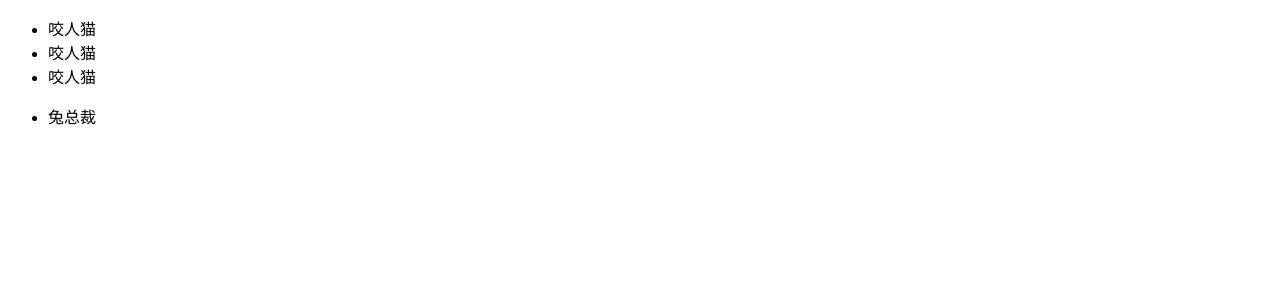
Repository: ls02/VSCode
Page: Java/2022/7-8-1/Test1.html
These files come from the project's save history. The page is drawn as it stood at one moment and after the next save; the edit follows.
The browser window is 1280 px wide. The pictures show the whole page.

Above is the page before, as saved 2022-07-08 13:30:20.

### Java/2022/7-8-1/Test1.html
<!--
 * @Author: ls02 <2877455773@qq.com>
 * @Date: 2022-07-08 13:29:36
 * @LastEditors: ls02 <2877455773@qq.com>
 * @LastEditTime: 2022-07-08 13:30:19
 * @FilePath: \Java\2022\7-8-1\Test1.html
 * @Description:
 *
 * Copyright (c) 2022 by ${ls02 <2877455773@qq.com>}, All Rights Reserved.
-->
<!DOCTYPE html>
<html lang="en">
<head>
    <meta charset="UTF-8">
    <meta http-equiv="X-UA-Compatible" content="IE=edge">
    <meta name="viewport" content="width=device-width, initial-scale=1.0">
    <title>Document</title>
</head>
<body>
    <ul>
        <li>咬人猫</li>
        <li>咬人猫</li>
        <li>咬人猫</li>
    </ul>
    <ul>
        <li>兔总裁</li>
    </ul>
</body>
</html>

After the next save:
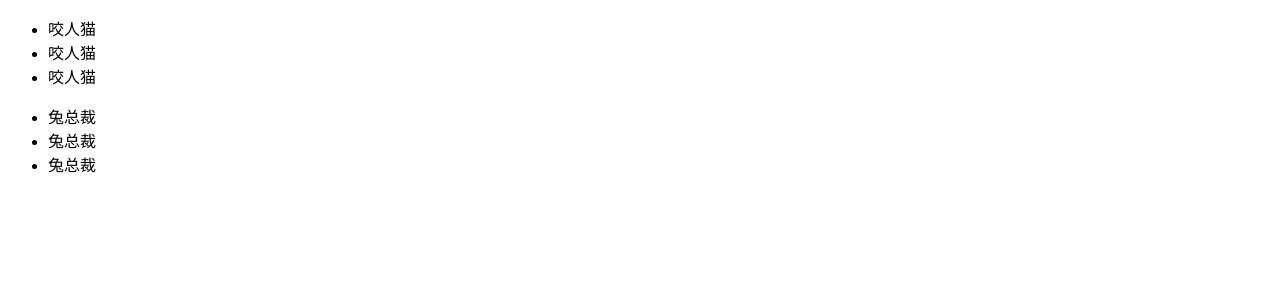
Saved 15 s later.
--- a/Java/2022/7-8-1/Test1.html
+++ b/Java/2022/7-8-1/Test1.html
@@ -24,6 +24,8 @@
     </ul>
     <ul>
         <li>兔总裁</li>
+        <li>兔总裁</li>
+        <li>兔总裁</li>
     </ul>
 </body>
 </html>
